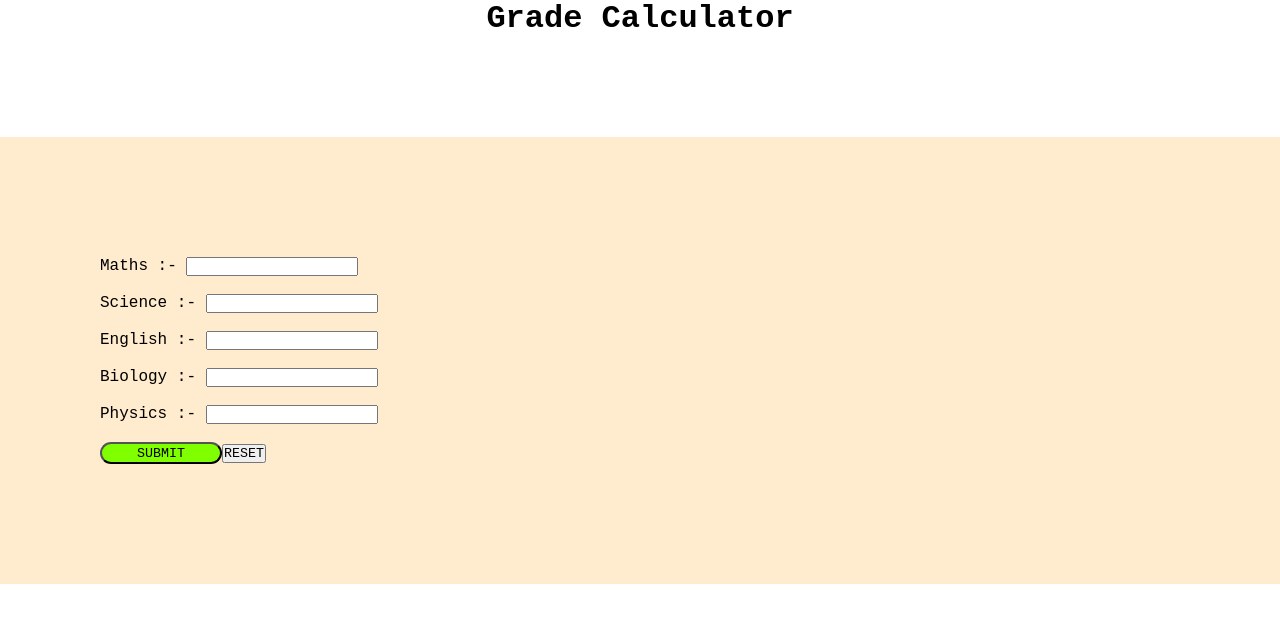
Repository: neelpatel6262/task-manager
Page: index.html
The author's editor kept a copy of each file at every save. The page is drawn from the files as they stood at one save, then again after the next save.
The browser window is 1280 px wide. The pictures show the whole page.
Some web fonts or font styles are not loaded; a fallback is used.

Above is the page before, as saved 2025-07-17 16:00:51.

### index.html
<!DOCTYPE html>
<html lang="en">

<head>
  <meta charset="UTF-8">
  <meta name="viewport" content="width=device-width, initial-scale=1.0">
  <title>Javascript</title>
  <link rel="stylesheet" href="style.css">
  <script src="script.js"></script>
  <link rel="stylesheet" href="https://unicons.iconscout.com/release/v4.0.8/css/line.css">
  <link rel="preconnect" href="https://fonts.googleapis.com">
  <link rel="preconnect" href="https://fonts.gstatic.com" crossorigin>
  <link
    href="https://fonts.googleapis.com/css2?family=Asap:ital,wght@0,100..900;1,100..900&family=BioRhyme:wght@200..800&family=Bricolage+Grotesque:opsz,wght@12..96,200..800&family=DM+Sans:ital,opsz,wght@0,9..40,100..1000;1,9..40,100..1000&family=Inter:ital,opsz,wght@0,14..32,100..900;1,14..32,100..900&family=Italiana&family=Lora:ital,wght@0,400..700;1,400..700&family=Merriweather:ital,wght@0,300;0,400;0,700;0,900;1,300;1,400;1,700;1,900&family=Montserrat:ital,wght@0,100..900;1,100..900&family=Noto+Sans+Indic+Siyaq+Numbers&family=Noto+Sans+Old+Italic&family=Nunito:ital,wght@0,200..1000;1,200..1000&family=Pathway+Extreme:ital,opsz,wght@0,8..144,100..900;1,8..144,100..900&family=Poppins:ital,wght@0,100;0,200;0,300;0,400;0,500;0,600;0,700;0,800;0,900;1,100;1,200;1,300;1,400;1,500;1,600;1,700;1,800;1,900&family=Raleway:ital,wght@0,100..900;1,100..900&family=Space+Grotesk:wght@300..700&family=Spectral:ital,wght@0,200;0,300;0,400;0,500;0,600;0,700;0,800;1,200;1,300;1,400;1,500;1,600;1,700;1,800&family=Unbounded:wght@200..900&family=Work+Sans:ital,wght@0,100..900;1,100..900&family=Zilla+Slab:ital,wght@0,300;0,400;0,500;0,600;0,700;1,300;1,400;1,500;1,600;1,700&display=swap"
    rel="stylesheet">

</head>

<body>

  <h1>Grade Calculator</h1>

  <form action="" method="get">
<div class="form">
  <label for="">Maths :-</label>
  <input type="number" name="" id="" maxlength="100" required>
  <br>
  <br>
  <label for="">Science :-</label>
  <input type="number" name="" id="" maxlength="100" required>
  <br>
  <br>
  <label for="">English :-</label>
  <input type="number" name="" id="" maxlength="100" required>
  <br>
  <br>
  <label for="">Biology :-</label>
  <input type="number" name="" id="" maxlength="100" required>
  <br>
  <br>
  <label for="">Physics :-</label>
  <input type="number" name="" id="" maxlength="100" required>
  <br>
  <br>

      <div class="cta">
        <button type="submit" class="primary">SUBMIT</button>
        <button type="reset" class="secondary">RESET</button>
      </div>

</div>
  </form>

</body>

</html>

### style.css
*{
  margin: 0;
  padding: 0;
  box-sizing: border-box;
 font-family: "DM Mono", monospace;
 /* background-color:oklch(0.869 0.022 252.894); */
}

h1{
  align-items: center;
  text-align: center;
  margin-bottom: 100px;
}

.form{
  background-color: blanchedalmond;
  padding: 120px 100px;
}

.cta{
   background-color: blanchedalmond;
   display: flex;
   align-items: center;
}

.primary{
  background-color: chartreuse;
  width: 122px;
  height: 22px;
  border-radius: 12px;
}

Loaded but not shown: script.js (no stored copy; drawn as an empty file)

After the next save:
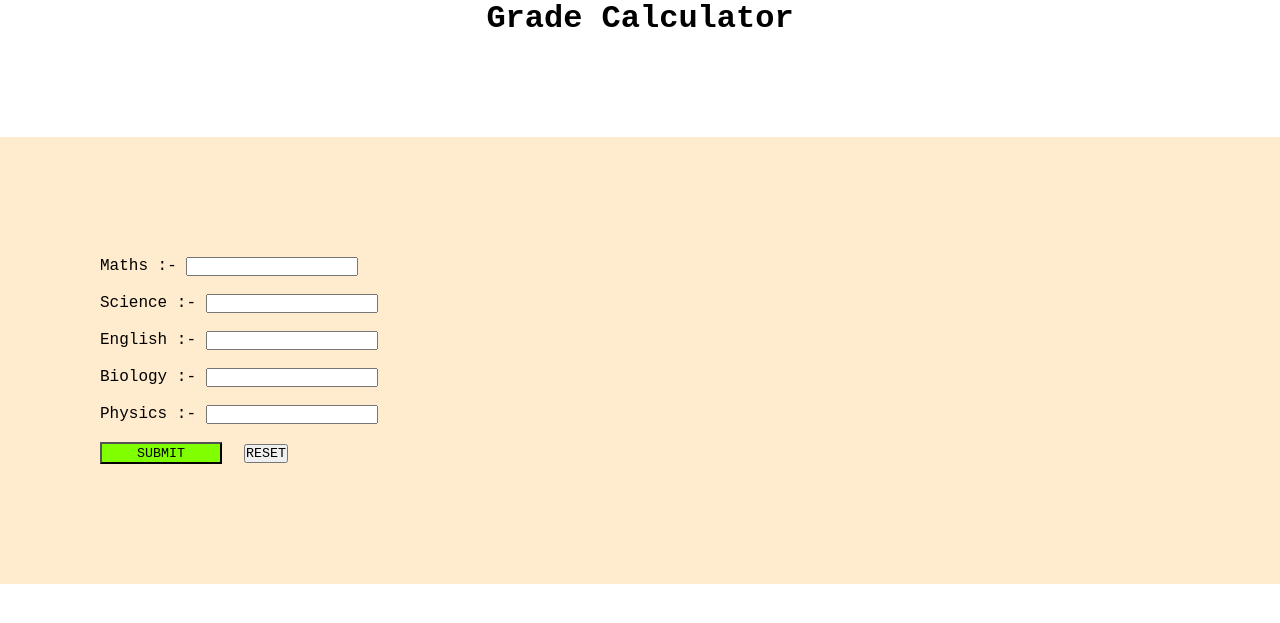
Saved 13 s later.
--- a/style.css
+++ b/style.css
@@ -27,5 +27,5 @@
   background-color: chartreuse;
   width: 122px;
   height: 22px;
-  border-radius: 12px;
+margin-right: 22px;
 }
